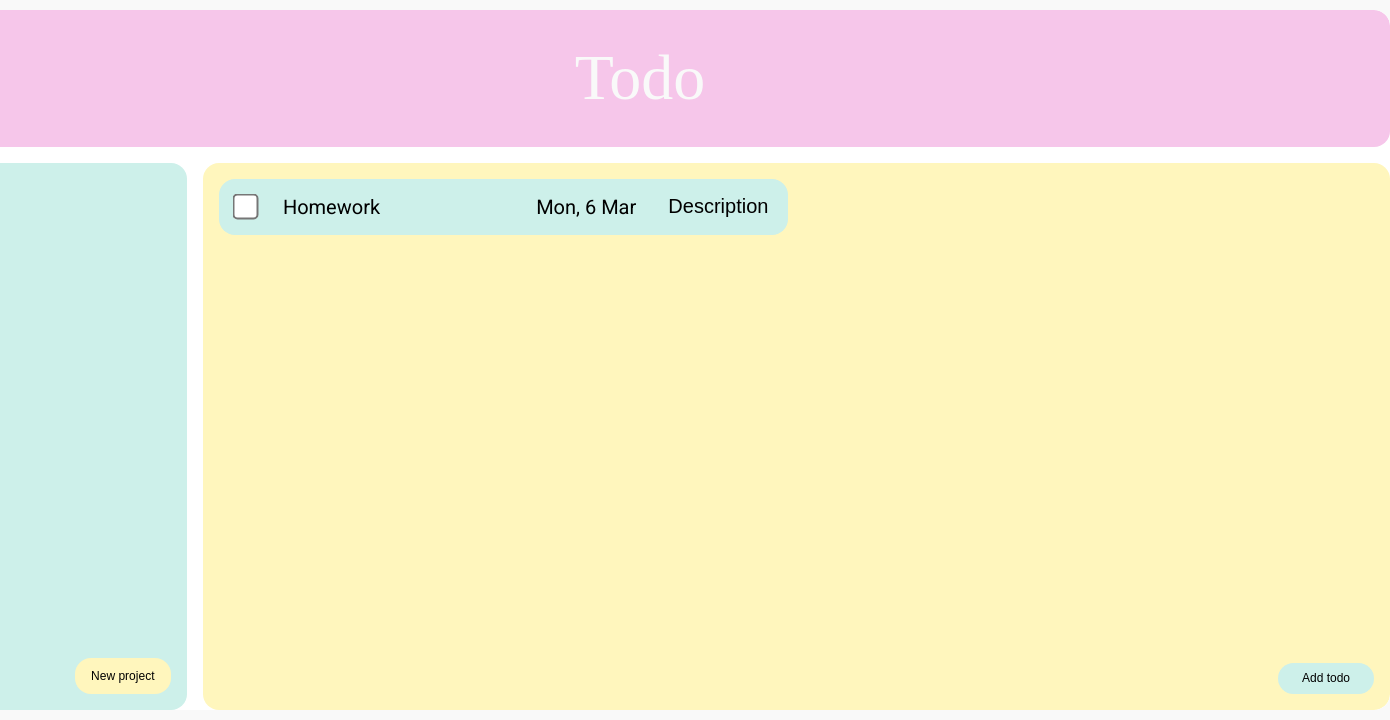
Repository: yeetzpxoci/todo-list
Page: dist/index.html
These files come from the project's save history. The page is drawn as it stood at one moment and after the next save; the edit follows.
The browser window is 1280 px wide. The page is 1390 px wide, so the pictures cover 1390 px, including what lies to the right of the window. The pictures show the whole page.
Some web fonts or font styles are not loaded; a fallback is used.

Above is the page before, as saved 2023-03-07 03:26:16.
Console error: ReferenceError: projectNameSubmit is not defined

After the next save:
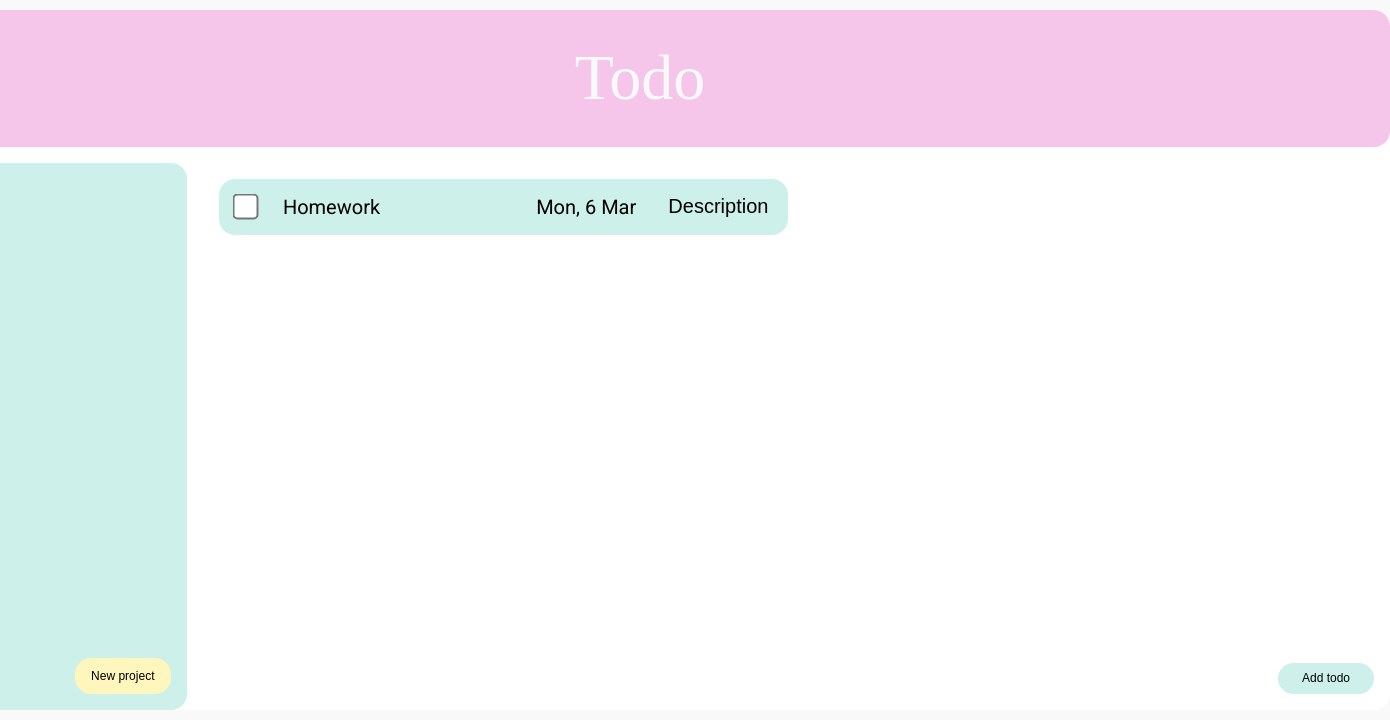
Saved 13 h 29 min later.
--- a/dist/styles.css
+++ b/dist/styles.css
@@ -106,7 +106,7 @@ p {
     display: flex;
     flex-direction: column;
     gap: 16px;
-    background-color: #FFF6BD;
+    background-color: white;
     border-radius: 16px;
 }
 
